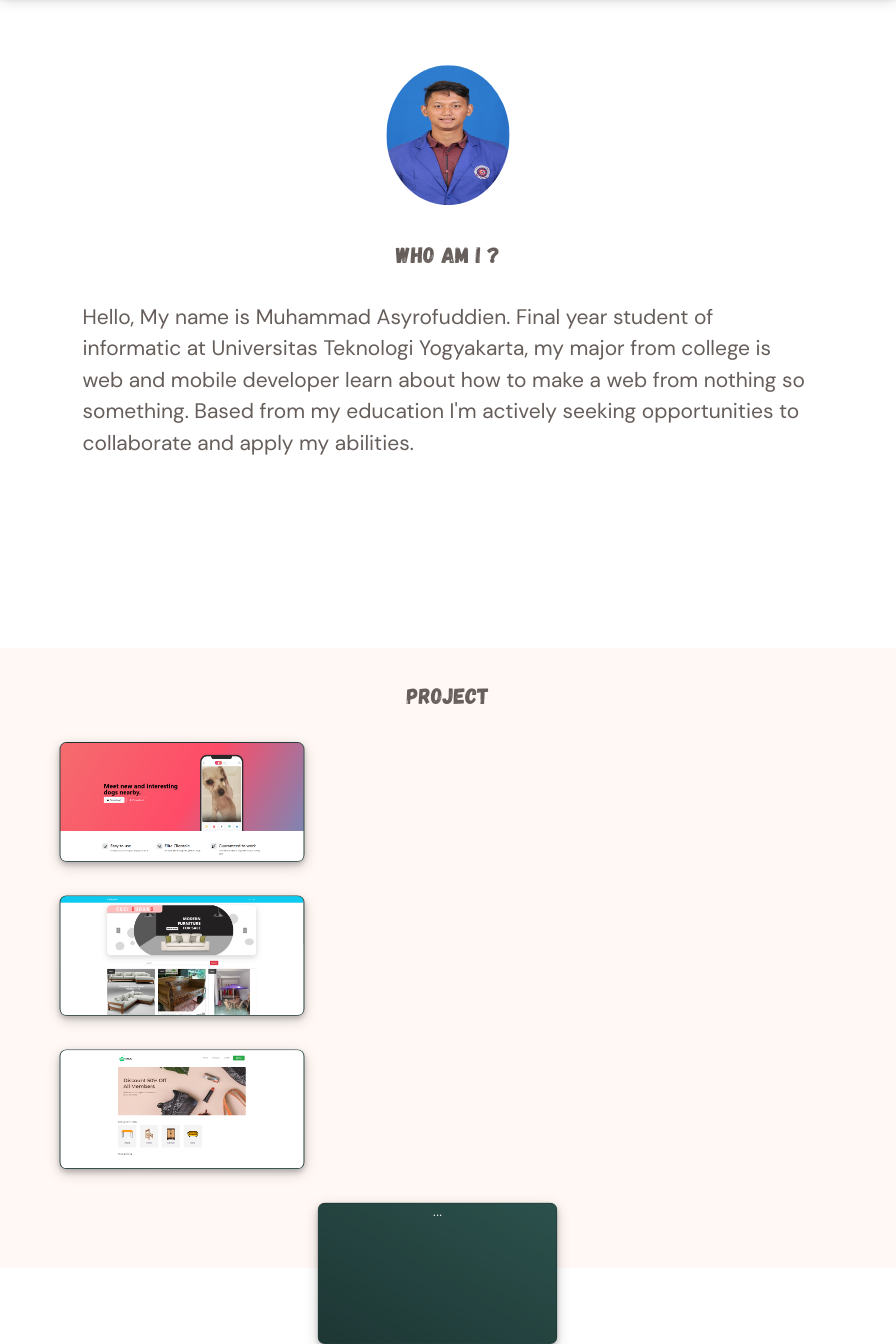
Repository: zetta-muhammad-asyrofuddien/Html-Css-ZettaCAmp
Page: Day1/Portofolio/index.html
The author's editor kept a copy of each file at every save. The page is drawn from the files as they stood at one save, then again after the next save.
The browser window is 1280 px wide. The pictures show the part of the page from y = 943 to 2863 px (the page is 2863 px tall before and 2754 px after), at 70% of full size.

Above is the page before, as saved 2023-07-07 02:31:55.

After the next save:
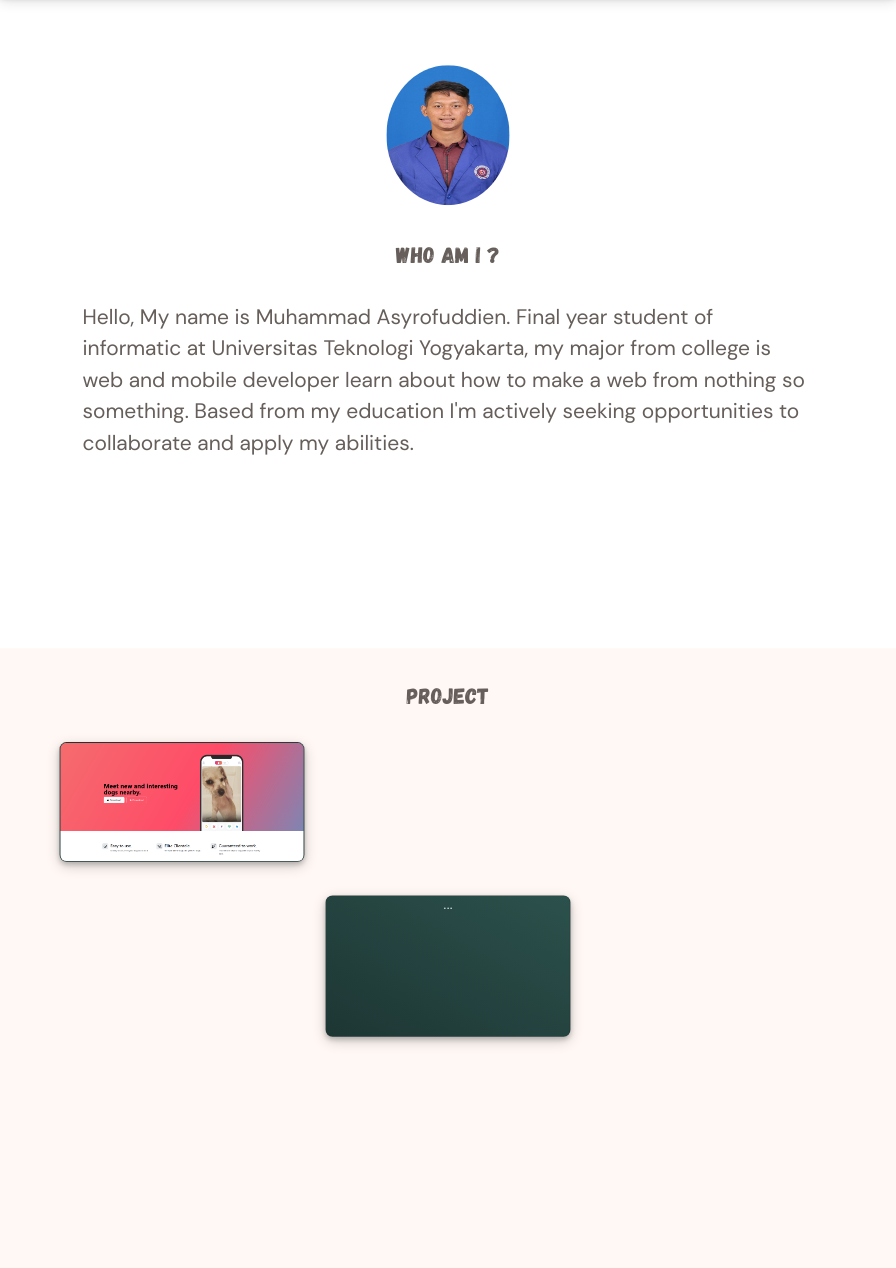
Saved 38 s later.
--- a/Day1/Portofolio/index.html
+++ b/Day1/Portofolio/index.html
@@ -76,33 +76,7 @@
               </a>
             </div>
           </div>
-      <div class="container mt-5">
-        <div class="row">
-          <div class="col-4 d-flex align-items-center">
-            <div class="card text-bg-dark" style="height: auto">
-              <a href="https://asyrofuddien.github.io/capstone-ThinDog/">
-                <span class="circle"></span>
-                <img src="./asset/img/Kameubel1.png" class="card-img" alt="..." />
-                <div class="card-img-overlay text-center d-flex align-items-center">
-                  <p class="card-text">Capstone Project Form Udemy</p>
-                </div>
-              </a>
-            </div>
-          </div>
-      <div class="container mt-5">
-        <div class="row">
-          <div class="col-4 d-flex align-items-center">
-            <div class="card text-bg-dark" style="height: auto">
-              <a href="https://asyrofuddien.github.io/capstone-ThinDog/">
-                <span class="circle"></span>
-                <img src="./asset/img/kameubel2.png" class="card-img" alt="..." />
-                <div class="card-img-overlay text-center d-flex align-items-center">
-                  <p class="card-text">Capstone Project Form Udemy</p>
-                </div>
-              </a>
-            </div>
-          </div>
-
+        </div>
         <div class="row mt-5">
           <div class="col-4 d-flex align-items-center"></div>
           <div class="col-4 d-flex align-items-center">
